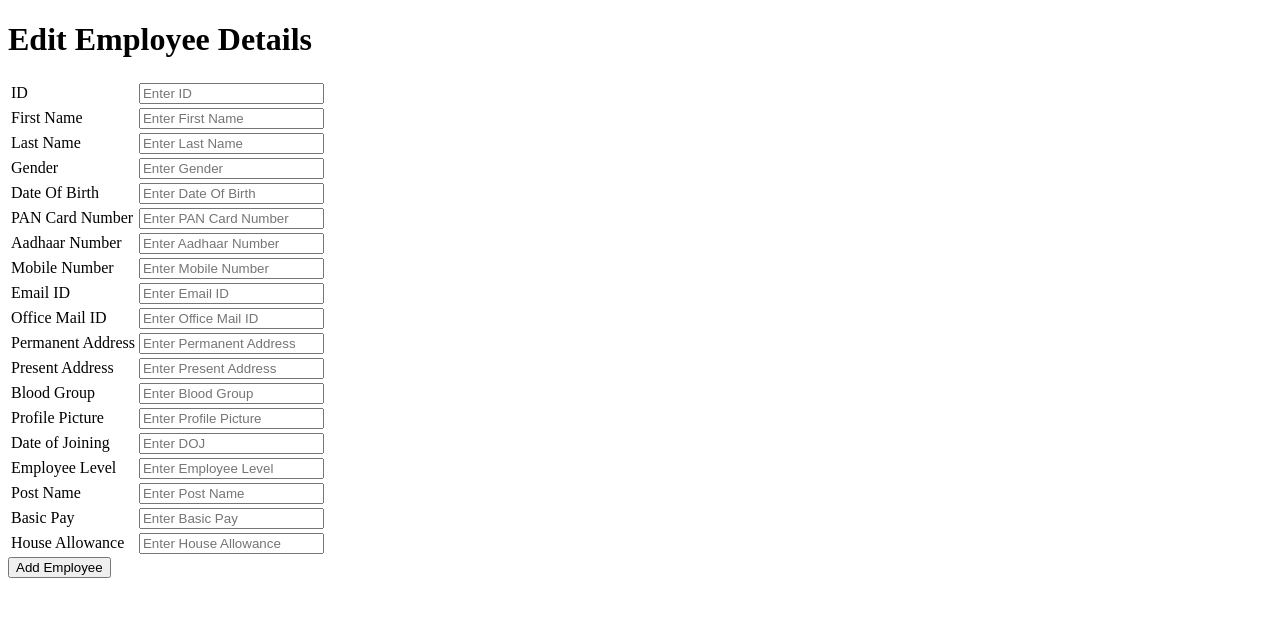
Repository: P9-Analyst-Java/employee-management-abhishekdatta12
Page: http://localhost/spring-expense-tracker/WEB-INF/views/employee.jsp
These files come from the project's save history. The page is drawn as it stood at one moment and after the next save; the edit follows.
The browser window is 1280 px wide. The pictures show the whole page.
The page is served by Tomcat 10. Nobody is signed in. Other server files are loaded and not shown. The template is opened directly, without the code that normally fills it, so the values that code supplies are empty.

Above is the page before, as saved 2023-02-22 08:56:52.

### spring-portal/spring-expense-tracker/src/main/webapp/WEB-INF/views/employee.jsp
<%@ page language="java" contentType="text/html; charset=ISO-8859-1"
    pageEncoding="ISO-8859-1"%>
<%@ taglib prefix="c" uri="http://java.sun.com/jsp/jstl/core"%>
<c:set var="contextRoot" value="${pageContext.request.contextPath}"/>
<%@ taglib prefix="form" uri="http://www.springframework.org/tags/form" %>
<!DOCTYPE html>
<html>
<head>
<meta charset="ISO-8859-1">
<title>Insert title here</title>
</head>
<body>
	<h1>Edit Employee Details</h1>

	<form:form action="${contextRoot}/employee" method="post" modelAttribute="employee">
	<table>
		<!--<form:hidden path="id"/>-->
		<tr><td>ID</td><td><form:input path="id" placeholder="Enter ID"/></td></tr>
		<tr><td>First Name</td><td><form:input path="firstName" placeholder="Enter First Name"/></td></tr>
		<tr><td>Last Name</td><td><form:input path="lastName" placeholder="Enter Last Name"/>
		<tr><td>Gender</td><td><form:input path="gender" placeholder="Enter Gender"/>
		<tr><td>Date Of Birth</td><td><form:input path="dob" placeholder="Enter Date Of Birth"/>
		<tr><td>PAN Card Number</td><td><form:input path="panNum" placeholder="Enter PAN Card Number"/>
		<tr><td>Aadhaar Number</td><td><form:input path="aadhaarNum" placeholder="Enter Aadhaar Number"/>
		<tr><td>Mobile Number</td><td><form:input path="mobileNum" placeholder="Enter Mobile Number"/>
		<tr><td>Email ID</td><td><form:input path="emailId" placeholder="Enter Email ID"/>
		<tr><td>Office Mail ID</td><td><form:input path="officeMail" placeholder="Enter Office Mail ID"/>
		<tr><td>Permanent Address</td><td><form:input path="permanentAddress" placeholder="Enter Permanent Address"/>
		<tr><td>Present Address</td><td><form:input path="presentAddress" placeholder="Enter Present Address"/>
		<tr><td>Blood Group</td><td><form:input path="bloodGroup" placeholder="Enter Blood Group"/>
		<tr><td>Profile Picture</td><td><form:input path="profilePict" placeholder="Enter Profile Picture"/>
		<tr><td>Date of Joining</td><td><form:input path="doj" placeholder="Enter DOJ"/>
		<tr><td>Employee Level</td><td><form:input path="empLevel" placeholder="Enter Employee Level"/>
		<tr><td>Post Name</td><td><form:input path="postName" placeholder="Enter Post Name"/>
		<tr><td>Basic Pay</td><td><form:input path="basicPay" placeholder="Enter Basic Pay"/>
		<tr><td>House Allowance</td><td><form:input path="houseAllowance" placeholder="Enter House Allowance"/>
		</table>

		<button type="submit">Add Employee</button>
	</form:form>
</body>
</html>

After the next save:
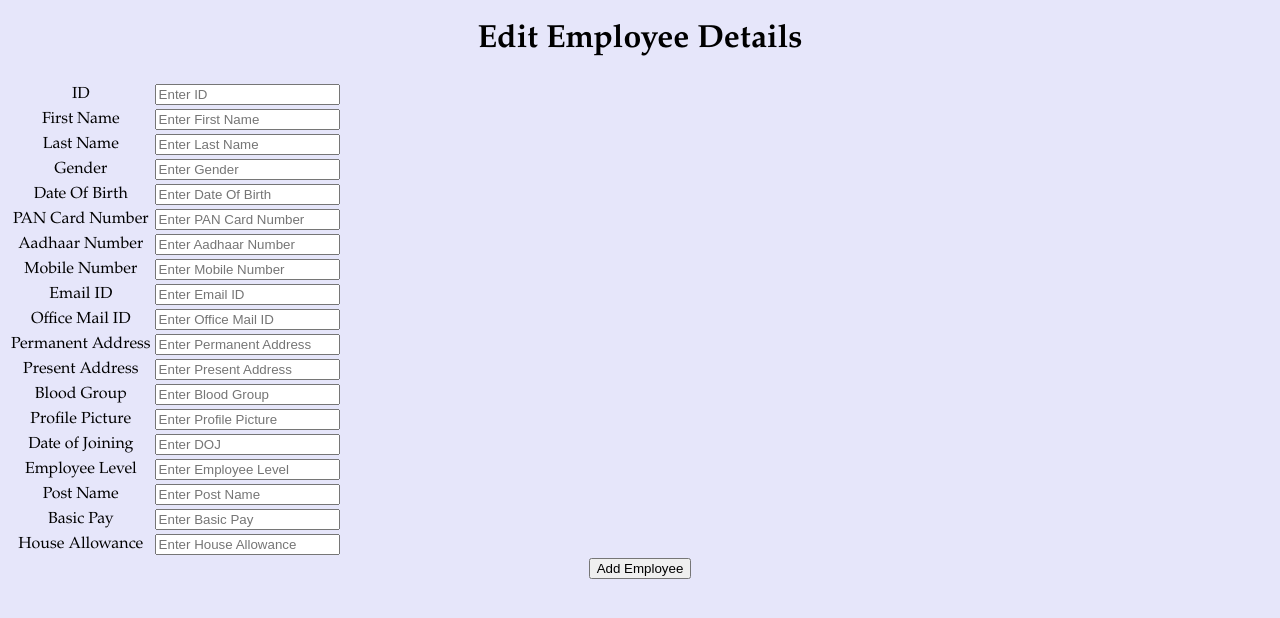
Saved 51 s later.
--- a/spring-portal/spring-expense-tracker/src/main/webapp/WEB-INF/views/employee.jsp
+++ b/spring-portal/spring-expense-tracker/src/main/webapp/WEB-INF/views/employee.jsp
@@ -6,6 +6,14 @@
 <!DOCTYPE html>
 <html>
 <head>
+<style type="text/css">
+body{
+	font-family: garamond;
+	font-size: 16px;
+	text-align: center;
+	background-color: lavender;
+}
+</style>
 <meta charset="ISO-8859-1">
 <title>Insert title here</title>
 </head>
